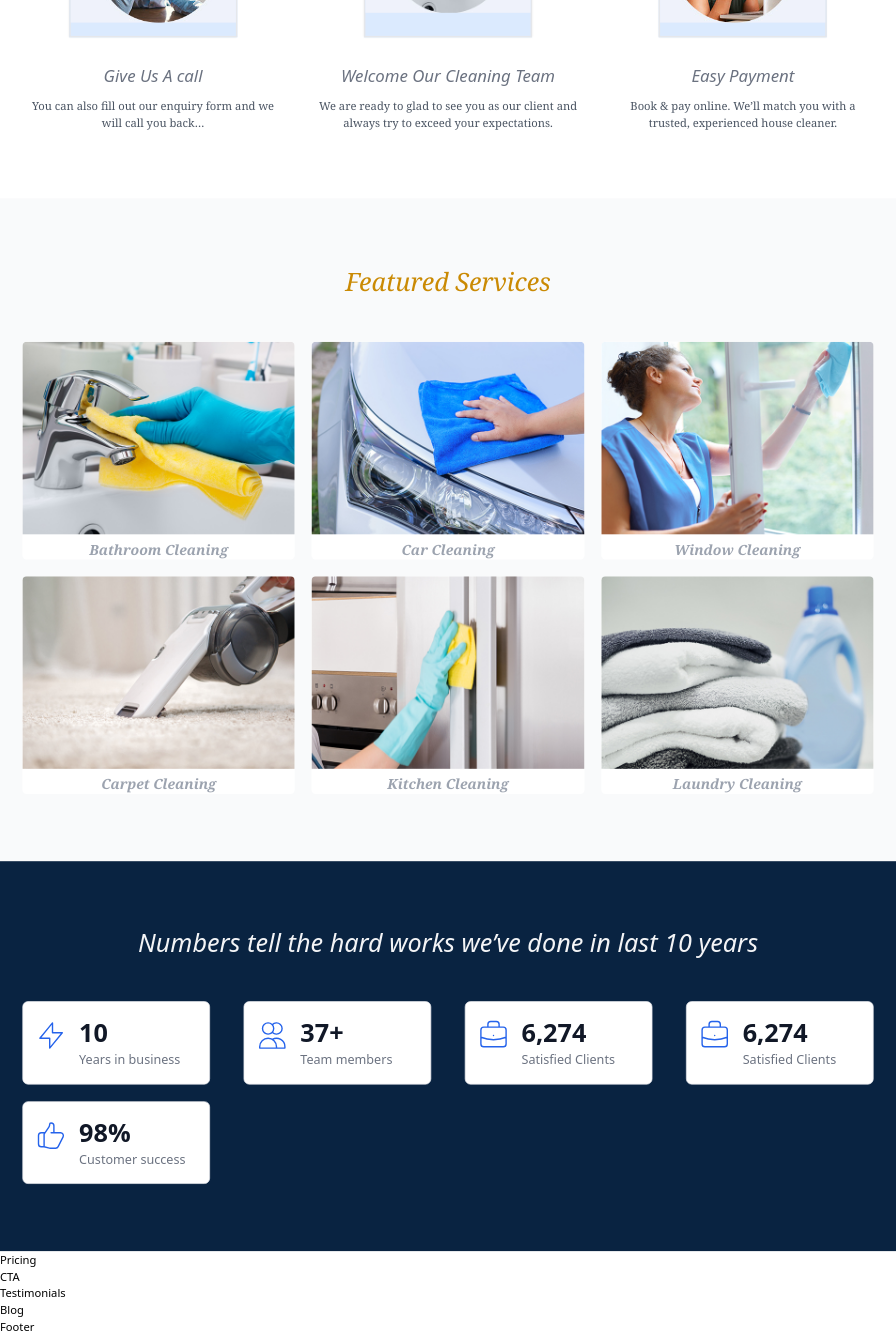
Repository: remydev47/cleonara
Page: /
An editor plug-in stored every save of this project. The page is shown before and after the next save, followed by the edit.
The browser window is 1280 px wide. The pictures show the part of the page from y = 2515 to 4435 px (the page is 4423 px tall before and 4435 px after), at 70% of full size.
The project was rebuilt for these pictures with package versions that can differ from the ones it lists, and the page was loaded fresh each time. The framework's server and built-in components were replaced by stand-ins that run in the browser. Also part of the build but not shown: next.config.js.

Above is the page before, as saved 2022-11-01 13:31:52.

### pages/_app.tsx
import '../styles/globals.css'
import type { AppProps } from 'next/app'
import Header from '../components/Header'

function MyApp({ Component, pageProps }: AppProps) {
  return(
    <>
      <Header />
      <Component {...pageProps} />
    </>

  )
}

export default MyApp

### pages/index.tsx
import type { NextPage } from 'next'
import Head from 'next/head'
import Image from 'next/image'
import { AboutUs, CTA, Hero, Offers, Pricing, Services, Blog, Stats, Steps, Testimonials, Footer } from '../components'

const Home: NextPage = () => {
  return (
    <div className="">
      <Head>
        <title>CLEONARA</title>
        <link rel="icon" href="/favicon.ico" />
      </Head>
      <Hero/>
      <Offers />
      <AboutUs />
      <Steps />
      <Services />
      <Stats />
      <Pricing />
      <CTA />
      <Testimonials />
      <Blog />
      <Footer />
    </div>
  )
}

export default Home

### components/Header.tsx
import React from 'react';
import { navLinks } from '../constants';
import Menupopover from './Menupopover';
import Image from 'next/image';
import Logo from './Logo';
import { Button } from './Button';

const Header = () => {
  return (
    <header className="fixed inset-x-0 bg-[#092341] z-20 flex justify-between items-center py-2 px-2 shadow-lg dark:bg-slate-900 sm:py-3 sm:px-8">
            <div className='flex grow-0 basis-1/3 md:hidden'>
                <Menupopover />
            </div>

             <div className='flex grow-0 ml-2 justify-center md:justify-start'>
                <Logo />

            </div>


            <ul className="list-none sm:flex hidden justify-center items-center flex-1">
            {navLinks.map((nav, index) => (
                <li
                key={nav.id}
                className={`font-bold cursor-pointer text-[16px] hover:text-blue-400
                   ${index === navLinks.length - 1 ? 'mr-0' : 'mr-10'}
                  text-white `}
                >
                    <a>{nav.title}</a>
                </li>
            ))}
           </ul>

          <div className='sm:flex hidden'>
            <Button variant='solid'>
              GET A QUOTE!
            </Button>
          </div>

        </header>
  )
}

export default Header

### components/index.ts
import Hero from "./Hero";
import Offers from "./Offers";
import AboutUs from "./AboutUs";
import Steps from "./Steps";
import Services from "./Services";
import Stats from "./Stats";
import Pricing from "./Pricing";
import CTA from "./CTA";
import Testimonials from "./Testimonials";
import Blog from "./Blog";
import Footer from "./Footer";

export {
    Hero, Offers, AboutUs, Steps, Services, Stats, Pricing, CTA, Testimonials, Blog, Footer
}

### constants/index.ts
export const navLinks=[
    {
        id:"home",
        title:"Home",
    },
    {
        id:"services",
        title:"Services",
    },
    {
        id:"AboutUs",
        title:"AboutUs",
    },
    {
        id:"pricing",
        title:"Pricing",
    },
    {
        id:"blog",
        title:"Blog",
    },
    {
        id:"reviews",
        title:"Reviews",
    },
    {
        id:"contacts",
        title:"Contacts",
    },
]

### components/Menupopover.tsx
import React, {useState, Fragment} from 'react';
import { navLinks } from '../constants';
import { IconButton, Button } from './Button';
import { Transition, Dialog } from '@headlessui/react';
import Logo from './Logo';
import Image from 'next/image';

const Menupopover = () => {
  const [isOpen, setIsOpen] = useState(false)

  return (
    <div>
    <IconButton
      variant='ghost'
      aria-label='menu'
      onClick={() => setIsOpen(!isOpen)}
    >
      <svg className='h-6 w-6 ' fill='none' stroke='currentColor'>
        <path
          strokeLinecap='round'
          strokeLinejoin='round'
          strokeWidth={2}
          d='M4 6h16M4 12h16M4 18h16'
        />
      </svg>
    </IconButton>
    <Transition
      show={isOpen}
      appear
      as={Fragment}
      enter='transform transition ease-in-out duration-300'
      enterFrom='-translate-x-full'
      enterTo='translate-x-0'
      leave='transform transition ease-in-out duration-300 delay-200'
      leaveFrom='translate-x-0'
      leaveTo='-translate-x-full'
     >
     <Dialog
       as='div'
       className={`fixed inset-0 z-50`}
       onClose={setIsOpen}
       open={isOpen}
       >
       <Transition.Child
         as={Fragment}
         enter='ease-out duration-300 delay-300'
         enterFrom='opacity-0'
         enterTo='opacity-100'
         leave='ease-in duration-200'
         leaveFrom='opacity-100'
         leaveTo='opacity-0'
       >

        <Dialog.Overlay
          className={`fixed inset-0 bg-black/20 backdrop-blur-sm dark:bg-gray-900/80`}
         />
      </Transition.Child>
       <div className={styles.dialogcontainer}>
        <a className='mx-auto mt-4 flex w-[140px] '>
          <Logo />
        </a>
        <ul
            className={styles.navWrapper2}
         >
            {navLinks.map((nav, index) => (
                <li
                 key={nav.id}
                 className={` font-bold cursor-pointer text-[16px]
                  mt-2 border-t border-slate-200 py-4 dark:border-slate-600
                  ${index === navLinks.length - 1 ? 'mr-0' : 'mb-4'}
                  text-white `}
                >
                 <a href={`#${nav.id}`}>
                    {nav.title}
                 </a>
                </li>
             ))}
         </ul>

        <IconButton
          variant='ghost'
          aria-label='close menu'
          className='absolute top-5 right-5'
          onClick={() => setIsOpen(false)}
        >
          <svg
            viewBox='0 0 10 10'
            className='h-2.5 w-2.5 overflow-visible'
            aria-hidden='true'
          >
            <path
                d='M0 0L10 10M10 0L0 10'
                fill='none'
                stroke='currentColor'
                strokeWidth='2'
                strokeLinecap='round'
              />
          </svg>
        </IconButton>
       </div>
     </Dialog>
    </Transition>
  </div>
  )
}

export default Menupopover;

const styles ={
  dialogcontainer:`fixed top-0 bottom-0 left-0 w-full max-w-xs rounded-r-xl bg-[#092341] p-6 shadow-lg dark:bg-gray-800`,
  menuitems:`group relative flex h-9 items-center oveflow-hidden rounded-md hover:bg-slate-200/50`,
  navWrapper2:`list-none flex flex-col justify-end items-center flex-1`,
}

### components/Logo.tsx
import React from 'react'
import Image from 'next/image'

const Logo = () => {
  return (
    <div>
        <Image
          src='/images/logo.png'
          alt='Cleonara'
          height={80}
          width={150}
        />
    </div>
  )
}

export default Logo

### components/Hero.tsx
import React from 'react'

const Hero = () => {
  return (
    <section className='relative pt-48 pb-12 xl:pt-60 sm:pb-16 lg:pb-32 xl:pb-48 2xl:pb-56'>
    <div className="absolute inset-0">
     <img className="object-cover w-full h-full" src="/images/7.jpg" alt="" />
    </div>
   <div className='relative'>
    <div className="px-6 mx-auto sm:px-8 lg:px-12 max-w-7xl">
      <div className="w-full lg:w-2/3 xl:w-1/2">
        <h1 className="font-serif text-xl font-bold tracking-tight text-white text-opacity-70 text-center">Proffesional Cleaning Services</h1>
        <p className="mt-6 tracking-tighter text-[#656b72]">
          <span className="font-sans font-bold text-6xl">BEST CLEANING </span><br />
          <span className="font-serif italic font-BOLD text-7xl">SERVICES IN TOWN</span>
        </p>
        <p className="mt-8 font-erif text-xl font-normal text-[#656b72]">
         Our professional and experienced cleaning staff does the job right the first time are Carefully selected Give them a deep.
        </p>
      </div>
    </div>
   </div>
  </section>
  )
}

export default Hero

### components/AboutUs.tsx
import React from 'react'

const AboutUs = () => {
  return (
    <section className="py-6 bg-gray-50 sm:py-16 lg:py-24">
    <div className="max-w-5xl px-4 mx-auto sm:px-6 lg:px-8">
        <div className="grid items-center grid-cols-1 gap-y-6 md:grid-cols-2 md:gap-x-20">
            <div className="">
                <h1 className='text-3xl italic text-blue-800/70 text-center'>WELCOME TO OUR CLEANING AGENCY</h1>
                <h2 className="text-4xl font-bold leading-tight text-black sm:text-4xl lg:text-4xl">Cleaning Services We Provide.</h2>
                <p className="mt-4 text-base leading-relaxed text-gray-600 font-semibold">
                 Our home cleaning services are designed to give you the peace of mind you deserve and the time you need to enjoy your life and loved ones..
                </p>
            </div>

            <div className=" pl-20 pr-6 sm:pl-6 md:px-0">
                <div className="relative w-full max-w-xs mt-4 mb-10 ml-auto">
                 <img className="relative -top-4 -left-4" src="/images/Cleaning.jpg" alt="" />



                    <div className="absolute -bottom-10 -left-16 m-2">


                          <div className="px-8 py-8 bg-blue-700">
                               <span className="block text-4xl font-bold text-yellow-500 lg:text-5xl"> 50+ </span>
                                <span className="block mt-2 text-base leading-tight text-yellow-500"> Team<br />Member</span>
                            </div>
                    </div>
                </div>
            </div>
        </div>
    </div>
</section>
  )
}

export default AboutUs

### components/Steps.tsx
import React from 'react'

const Steps = () => {
  return (
    <section className="py-10  bg-white sm:py-16 lg:py-24">
    <div className="px-4 mx-auto max-w-7xl sm:px-6 lg:px-8">
        <div className="max-w-2xl mx-auto text-center">
            <h2 className="text-3xl italic font-semibold leading-tight text-[#092341]">Enjoy Your Time Off</h2>

        </div>

        <div className="relative mt-12 lg:mt-20">


            <div className="relative grid grid-cols-1 text-center gap-y-12 md:grid-cols-3 gap-x-12">
                <div>
                    <div className="flex items-center justify-center w-60 h-60 mx-auto bg-blue-100 border-2 border-gray-200 shadow">
                        <span className="text-xl font-semibold text-gray-700">
                            <img src='/images/step-1.jpg' className='h-full w-full ' />
                        </span>
                    </div>
                    <h3 className="mt-6 text-2xl italic leading-tight text-gray-500 md:mt-10">Give Us A call</h3>
                    <p className="mt-4 font-serif text-base text-gray-600">You can also fill out our enquiry form and we will call you back…</p>
                </div>

                <div>
                    <div className="flex items-center justify-center w-60 h-60 mx-auto bg-blue-100 border-2 border-gray-200 shadow">
                        <span className="text-xl font-semibold text-gray-700">
                          <img src='/images/step-2.jpg' className='h-full w-full ' />
                        </span>
                    </div>
                    <h3 className="mt-6 text-2xl italic leading-tight text-gray-500 md:mt-10">Welcome Our Cleaning Team</h3>
                    <p className="mt-4 font-serif text-base text-gray-600">We are ready to glad to see you as our client and always try to exceed your expectations.</p>
                </div>

                <div>
                    <div className="flex items-center justify-center w-60 h-60 mx-auto bg-blue-100 border-2 border-gray-200 shadow">
                        <span className="text-xl font-semibold text-gray-700">
                        <img src='/images/step-3.jpg' className='h-full w-full ' />
                        </span>
                    </div>
                    <h3 className="mt-6 text-2xl italic leading-tight text-gray-500 md:mt-10">Easy Payment</h3>
                    <p className="mt-4 font-serif text-base text-gray-600">Book & pay online. We’ll match you with a trusted, experienced house cleaner.</p>
                </div>

            </div>
        </div>
    </div>
 </section>
  )
}

export default Steps

### components/Services.tsx
import React from 'react'

const services=[
  {
    image:'/images/1.jpg',
    title:'Bathroom Cleaning',
    description:'',
  },
  {
    image:'/images/2.jpg',
    title:'Car Cleaning',
    description:'',
  },
  {
    image:'/images/3.jpg',
    title:'Window Cleaning',
    description:'',
  },
  {
    image:'/images/4.jpg',
    title:'Carpet Cleaning',
    description:'',
  },
  {
    image:'/images/5.jpg',
    title:'Kitchen Cleaning',
    description:'',
  },
  {
    image:'/images/6.jpg',
    title:'Laundry Cleaning',
    description:'',
  },
]

const Services = () => {
  return (
    <section className="bg-gray-50 sm:py-16 lg:py-24">

    <div className="px-4 mx-auto max-w-7xl sm:px-6 lg:px-8">
     <div className="max-w-2xl mx-auto text-center">
      <h2 className="italic font-serif text-4xl leading-tight text-yellow-600">Featured Services</h2>
     </div>

     <div className="grid max-w-md grid-cols-1 gap-6 mx-auto mt-8 text-center lg:max-w-full lg:mt-16 lg:grid-cols-3">
      {services.map((item, i) => (
     <div className="overflow-hidden bg-white border-gray-300 rounded-md">
          <div className="flex flex-col items-center justify-center">

              <img
               src={item.image}
               className="w-full"
             />

             <h2 className='font-bold font-serif text-xl text-gray-400 italic text-center mt-2'>
               {item.title}
             </h2>
             <p className='text-xl font-serif text-gray-300 text-center '>
              {item.description}
             </p>
          </div>
     </div>
     ))}
    </div>
</div>
</section>
  )
}

export default Services

### components/Stats.tsx
import React from 'react'

const Stats = () => {
  return (
    <section className="py-10 bg-[#092341] sm:py-16 lg:py-24">
    <div className="px-4 mx-auto max-w-7xl sm:px-6 lg:px-8">
        <div className="text-center">
            <h4 className="text-4xl font-medium italic text-gray-100">Numbers tell the hard works we’ve done in last 10 years</h4>
        </div>

        <div className="grid grid-cols-1 gap-6 px-6 mt-8 sm:px-0 lg:mt-16 sm:grid-cols-2 lg:grid-cols-4 xl:gap-x-12">
            <div className="overflow-hidden bg-white border border-gray-200 rounded-lg">
                <div className="px-4 py-6">
                    <div className="flex items-start">
                        <svg className="flex-shrink-0 w-12 h-12 text-blue-600" xmlns="http://www.w3.org/2000/svg" fill="none" viewBox="0 0 24 24" stroke="currentColor">
                            <path stroke-linecap="round" stroke-linejoin="round" stroke-width="1" d="M13 10V3L4 14h7v7l9-11h-7z" />
                        </svg>
                        <div className="ml-4">
                            <h4 className="text-4xl font-bold text-gray-900">10</h4>
                            <p className="mt-1.5 text-lg font-medium leading-tight text-gray-500">Years in business</p>
                        </div>
                    </div>
                </div>
            </div>

            <div className="overflow-hidden bg-white border border-gray-200 rounded-lg">
                <div className="px-4 py-6">
                    <div className="flex items-start">
                        <svg className="flex-shrink-0 w-12 h-12 text-blue-600" xmlns="http://www.w3.org/2000/svg" fill="none" viewBox="0 0 24 24" stroke="currentColor">
                            <path stroke-linecap="round" stroke-linejoin="round" stroke-width="1" d="M12 4.354a4 4 0 110 5.292M15 21H3v-1a6 6 0 0112 0v1zm0 0h6v-1a6 6 0 00-9-5.197M13 7a4 4 0 11-8 0 4 4 0 018 0z" />
                        </svg>
                        <div className="ml-4">
                            <h4 className="text-4xl font-bold text-gray-900">37+</h4>
                            <p className="mt-1.5 text-lg font-medium leading-tight text-gray-500">Team members</p>
                        </div>
                    </div>
                </div>
            </div>

            <div className="overflow-hidden bg-white border border-gray-200 rounded-lg">
                <div className="px-4 py-6">
                    <div className="flex items-start">
                        <svg className="flex-shrink-0 w-12 h-12 text-blue-600" xmlns="http://www.w3.org/2000/svg" fill="none" viewBox="0 0 24 24" stroke="currentColor">
                            <path stroke-linecap="round" stroke-linejoin="round" stroke-width="1" d="M21 13.255A23.931 23.931 0 0112 15c-3.183 0-6.22-.62-9-1.745M16 6V4a2 2 0 00-2-2h-4a2 2 0 00-2 2v2m4 6h.01M5 20h14a2 2 0 002-2V8a2 2 0 00-2-2H5a2 2 0 00-2 2v10a2 2 0 002 2z" />
                        </svg>
                        <div className="ml-4">
                            <h4 className="text-4xl font-bold text-gray-900">6,274</h4>
                            <p className="mt-1.5 text-lg font-medium leading-tight text-gray-500">Satisfied Clients</p>
                        </div>
                    </div>
                </div>
            </div>

            <div className="overflow-hidden bg-white border border-gray-200 rounded-lg">
                <div className="px-4 py-6">
                    <div className="flex items-start">
                        <svg className="flex-shrink-0 w-12 h-12 text-blue-600" xmlns="http://www.w3.org/2000/svg" fill="none" viewBox="0 0 24 24" stroke="currentColor">
                            <path stroke-linecap="round" stroke-linejoin="round" stroke-width="1" d="M21 13.255A23.931 23.931 0 0112 15c-3.183 0-6.22-.62-9-1.745M16 6V4a2 2 0 00-2-2h-4a2 2 0 00-2 2v2m4 6h.01M5 20h14a2 2 0 002-2V8a2 2 0 00-2-2H5a2 2 0 00-2 2v10a2 2 0 002 2z" />
                        </svg>
                        <div className="ml-4">
                            <h4 className="text-4xl font-bold text-gray-900">6,274</h4>
                            <p className="mt-1.5 text-lg font-medium leading-tight text-gray-500">Satisfied Clients</p>
                        </div>
                    </div>
                </div>
            </div>

            <div className="overflow-hidden bg-white border border-gray-200 rounded-lg">
                <div className="px-4 py-6">
                    <div className="flex items-start">
                        <svg className="flex-shrink-0 w-12 h-12 text-blue-600" xmlns="http://www.w3.org/2000/svg" fill="none" viewBox="0 0 24 24" stroke="currentColor">
                            <path
                                stroke-linecap="round"
                                stroke-linejoin="round"
                                stroke-width="1"
                                d="M14 10h4.764a2 2 0 011.789 2.894l-3.5 7A2 2 0 0115.263 21h-4.017c-.163 0-.326-.02-.485-.06L7 20m7-10V5a2 2 0 00-2-2h-.095c-.5 0-.905.405-.905.905 0 .714-.211 1.412-.608 2.006L7 11v9m7-10h-2M7 20H5a2 2 0 01-2-2v-6a2 2 0 012-2h2.5"
                            />
                        </svg>
                        <div className="ml-4">
                            <h4 className="text-4xl font-bold text-gray-900">98%</h4>
                            <p className="mt-1.5 text-lg font-medium leading-tight text-gray-500">Customer success</p>
                        </div>
                    </div>
                </div>
            </div>
        </div>
    </div>
  </section>
  )
}

export default Stats

Loaded but not shown: styles/globals.css (common file); components/Pricing.tsx (common file); components/CTA.tsx (common file); components/Testimonials.tsx (common file); components/Blog.tsx (common file); components/Footer.tsx (common file); tailwind.config.js (common file); components/Button/index.tsx (181 lines, source omitted); components/Offers.tsx (90 lines, source omitted)

After the next save:
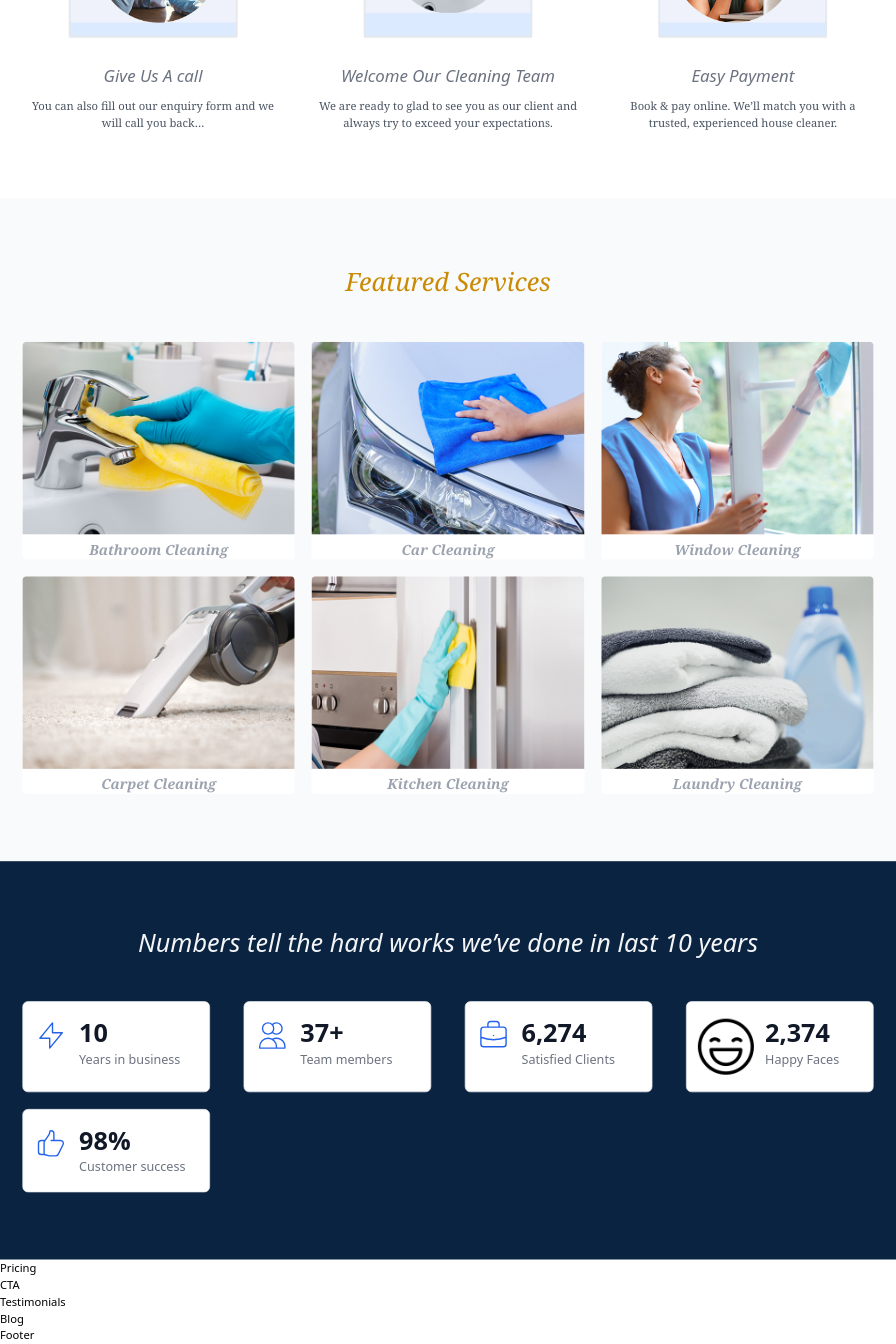
Saved 101 s later.
--- a/components/Stats.tsx
+++ b/components/Stats.tsx
@@ -54,12 +54,10 @@ const Stats = () => {
             <div className="overflow-hidden bg-white border border-gray-200 rounded-lg">
                 <div className="px-4 py-6">
                     <div className="flex items-start">
-                        <svg className="flex-shrink-0 w-12 h-12 text-blue-600" xmlns="http://www.w3.org/2000/svg" fill="none" viewBox="0 0 24 24" stroke="currentColor">
-                            <path stroke-linecap="round" stroke-linejoin="round" stroke-width="1" d="M21 13.255A23.931 23.931 0 0112 15c-3.183 0-6.22-.62-9-1.745M16 6V4a2 2 0 00-2-2h-4a2 2 0 00-2 2v2m4 6h.01M5 20h14a2 2 0 002-2V8a2 2 0 00-2-2H5a2 2 0 00-2 2v10a2 2 0 002 2z" />
-                        </svg>
+                        <img src='/images/happy.png' className='h-20 w-20' />
                         <div className="ml-4">
-                            <h4 className="text-4xl font-bold text-gray-900">6,274</h4>
-                            <p className="mt-1.5 text-lg font-medium leading-tight text-gray-500">Satisfied Clients</p>
+                            <h4 className="text-4xl font-bold text-gray-900">2,374</h4>
+                            <p className="mt-1.5 text-lg font-medium leading-tight text-gray-500">Happy Faces</p>
                         </div>
                     </div>
                 </div>
